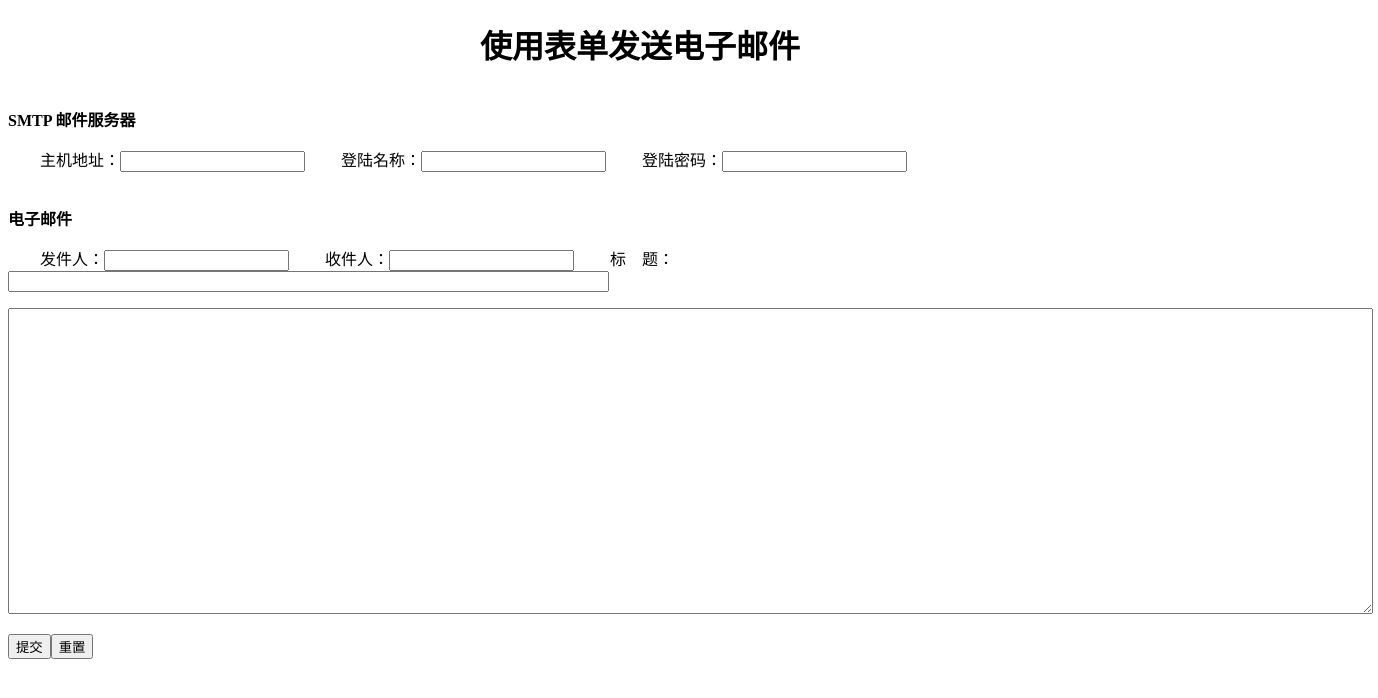
Repository: eterinfi/java
Page: jee/JSPDemo/WebContent/sendemail.html
The author's editor kept a copy of each file at every save. The page is drawn from the files as they stood at one save, then again after the next save.
The browser window is 1280 px wide. The page is 1378 px wide, so the pictures cover 1378 px, including what lies to the right of the window. The pictures show the whole page.

Above is the page before, as saved 2016-11-15 10:57:34.

After the next save:
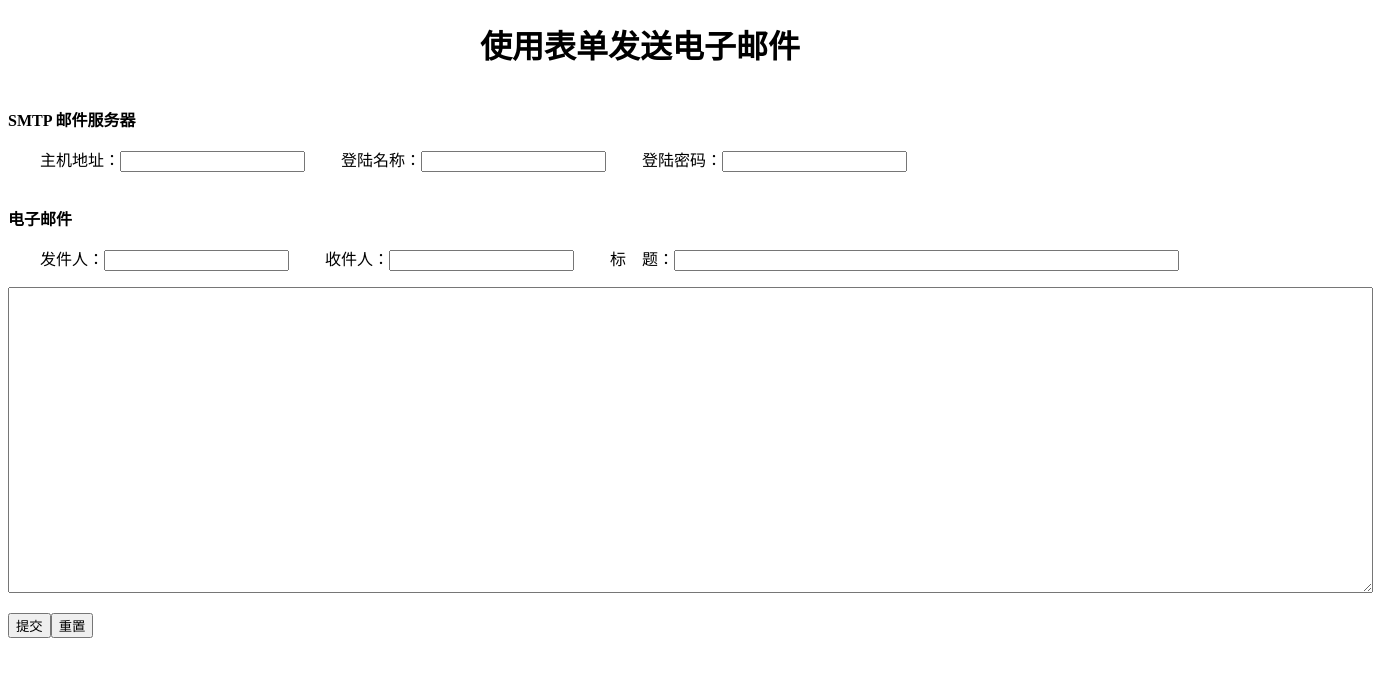
Saved 4 s later.
--- a/jee/JSPDemo/WebContent/sendemail.html
+++ b/jee/JSPDemo/WebContent/sendemail.html
@@ -19,7 +19,7 @@
     <p>
       <span>　　发件人：<input type="text" name="from" /></span>
       <span>　　收件人：<input type="text" name="to" /></span>
-      <span>　　标　题：<input type="text" size="72" name="subject" /></span>
+      <span>　　标　题：<input type="text" size="60" name="subject" /></span>
     </p>
     <textarea name="body" cols="168" rows="20">
     </textarea>
